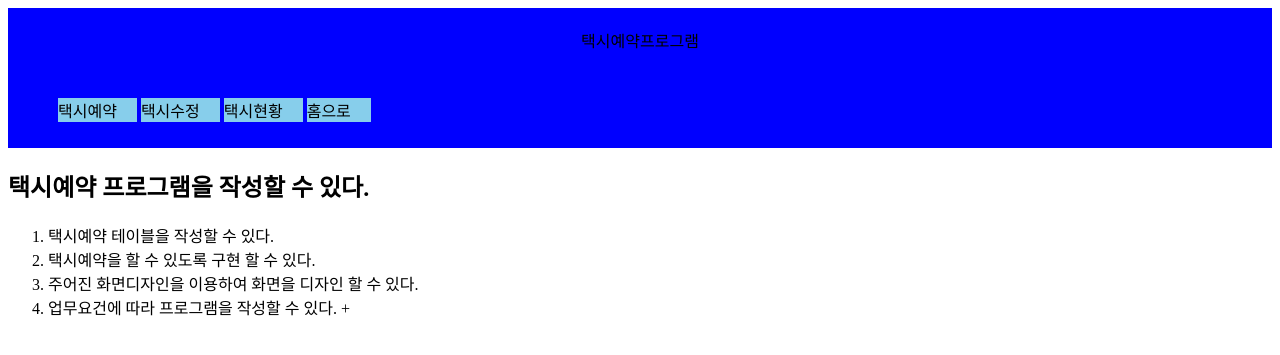
Repository: khs220507/WebClass
Page: http://localhost/prj0828/
The author's editor kept a copy of each file at every save. The page is drawn from the files as they stood at one save, then again after the next save.
The browser window is 1280 px wide. The pictures show the whole page.
The page is served by Tomcat 9.

Above is the page before, as saved 2023-08-28 06:24:24.

After the next save:
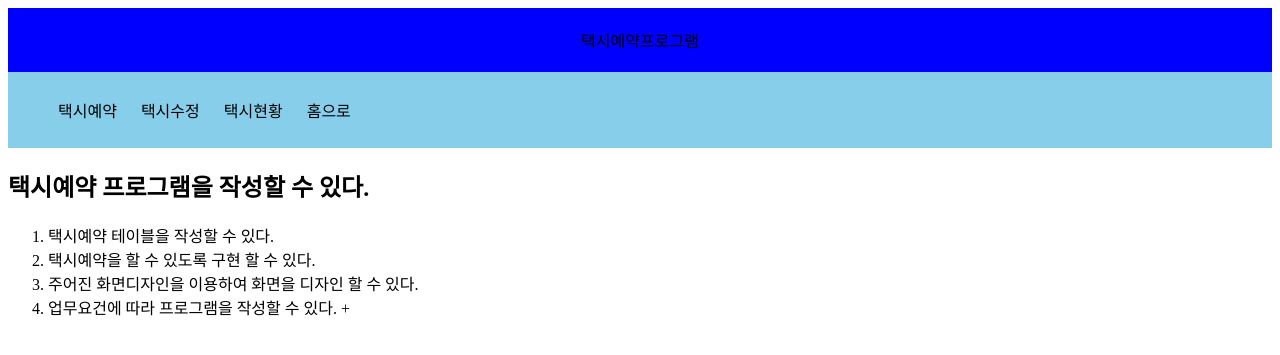
Saved 43 s later.
--- a/prj0828/src/main/webapp/css/index.css
+++ b/prj0828/src/main/webapp/css/index.css
@@ -9,7 +9,7 @@
 
 nav{
 	padding: 10px;
-	background-color: blue;
+	background-color: skyblue;
 }
 ul{
 	list-style: none;
